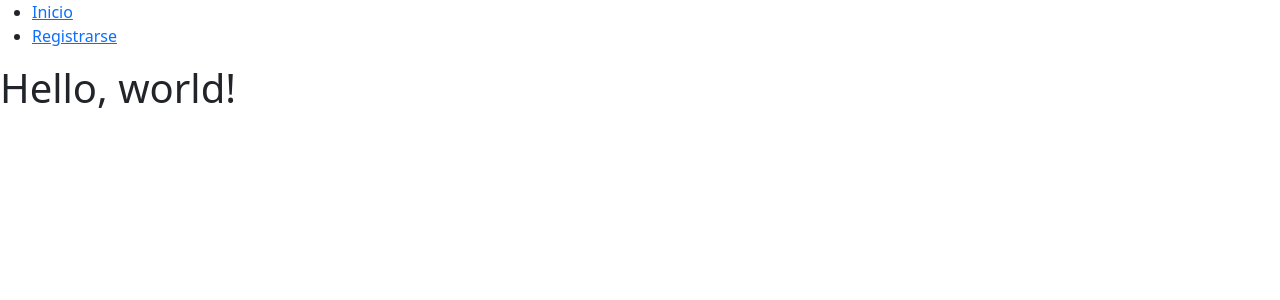
Repository: frnalonso/libreria
Page: src/main/resources/templates/index.html
These files come from the project's save history. The page is drawn as it stood at one moment and after the next save; the edit follows.
The browser window is 1280 px wide. The pictures show the whole page.

Above is the page before, as saved 2021-11-05 05:29:54.

### src/main/resources/templates/index.html

<!doctype html>
<html lang="en">
  <head>
    <!-- Required meta tags -->
    <meta charset="utf-8">
    <meta name="viewport" content="width=device-width, initial-scale=1">

    <!-- Bootstrap CSS -->
    <link href="https://cdn.jsdelivr.net/npm/bootstrap@5.1.3/dist/css/bootstrap.min.css" rel="stylesheet" integrity="sha384-1BmE4kWBq78iYhFldvKuhfTAU6auU8tT94WrHftjDbrCEXSU1oBoqyl2QvZ6jIW3" crossorigin="anonymous">

    <title>Hello, world!</title>
  </head>
  <body>
    <nav>
        <ul>
            <li><a href="/">Inicio</a></li>
            <li><a href="/registro">Registrarse</a></li>
        </ul>
    </nav>
    <h1>Hello, world!</h1>

    <!-- Optional JavaScript; choose one of the two! -->

    <!-- Option 1: Bootstrap Bundle with Popper -->
    <script src="https://cdn.jsdelivr.net/npm/bootstrap@5.1.3/dist/js/bootstrap.bundle.min.js" integrity="sha384-ka7Sk0Gln4gmtz2MlQnikT1wXgYsOg+OMhuP+IlRH9sENBO0LRn5q+8nbTov4+1p" crossorigin="anonymous"></script>

    <!-- Option 2: Separate Popper and Bootstrap JS -->
    <!--
    <script src="https://cdn.jsdelivr.net/npm/@popperjs/core@2.10.2/dist/umd/popper.min.js" integrity="sha384-7+zCNj/IqJ95wo16oMtfsKbZ9ccEh31eOz1HGyDuCQ6wgnyJNSYdrPa03rtR1zdB" crossorigin="anonymous"></script>
    <script src="https://cdn.jsdelivr.net/npm/bootstrap@5.1.3/dist/js/bootstrap.min.js" integrity="sha384-QJHtvGhmr9XOIpI6YVutG+2QOK9T+ZnN4kzFN1RtK3zEFEIsxhlmWl5/YESvpZ13" crossorigin="anonymous"></script>
    -->
  </body>
</html>

After the next save:
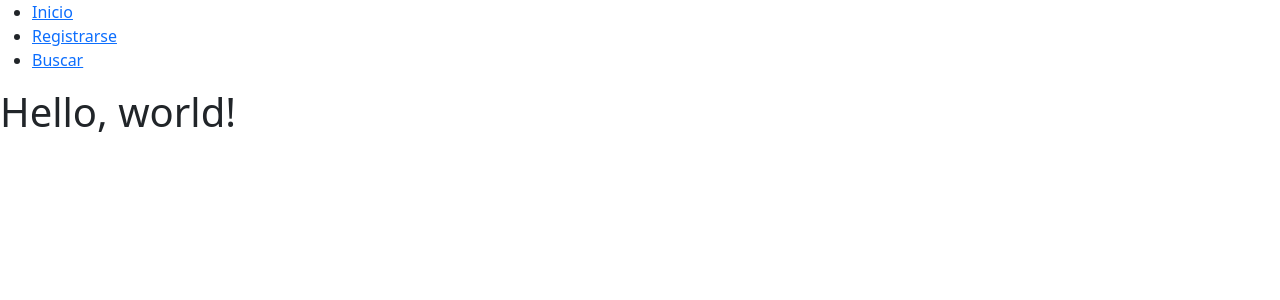
Saved 11 min 1 s later.
--- a/src/main/resources/templates/index.html
+++ b/src/main/resources/templates/index.html
@@ -16,6 +16,7 @@
         <ul>
             <li><a href="/">Inicio</a></li>
             <li><a href="/registro">Registrarse</a></li>
+            <li><a href="/buscar">Buscar</a></li>
         </ul>
     </nav>
     <h1>Hello, world!</h1>
